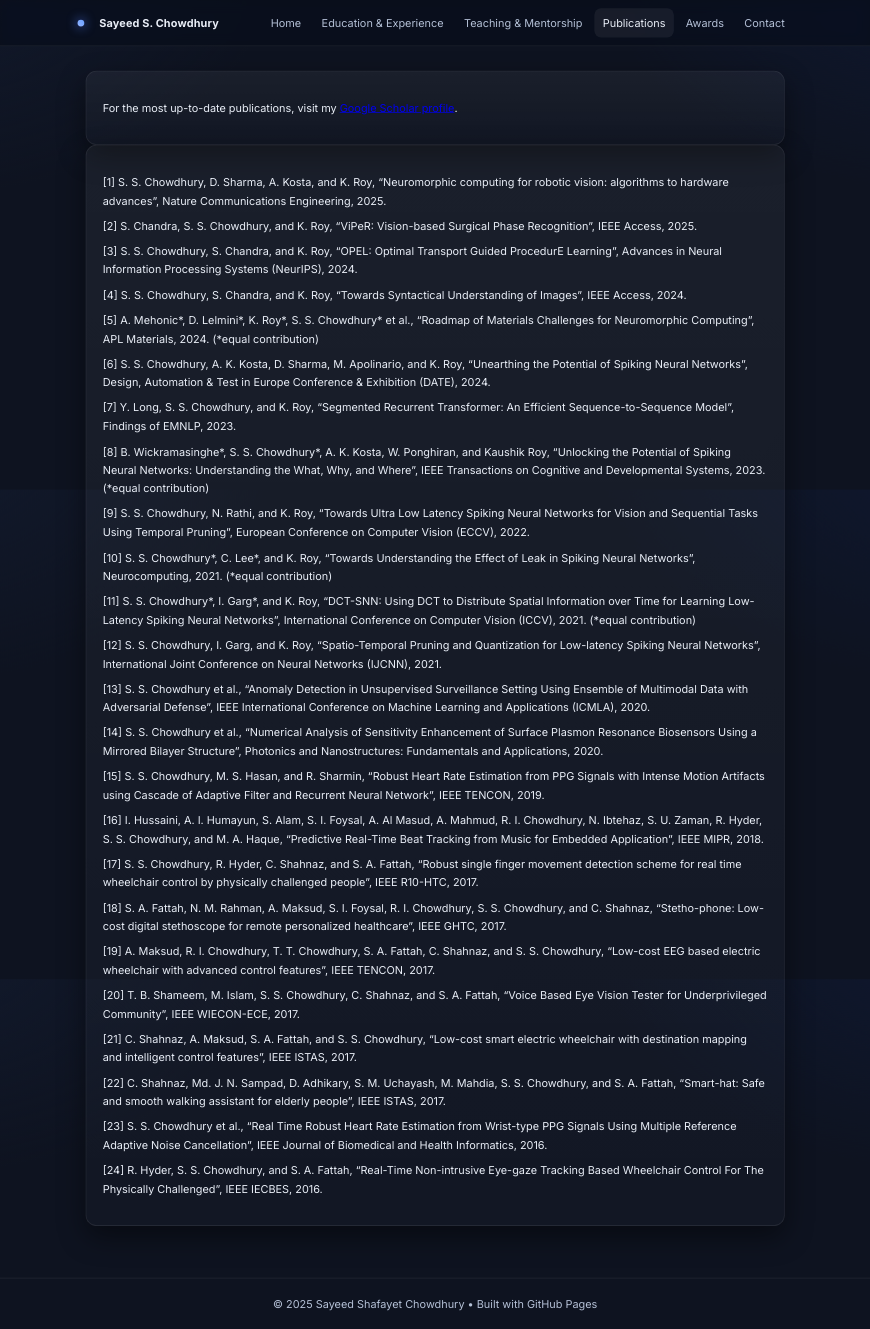
Repository: SayeedChowdhury/SayeedChowdhury.github.io
Page: publications.html
These files come from the project's save history. The page is drawn as it stood at one moment and after the next save; the edit follows.
The browser window is 1280 px wide. The pictures show the whole page, at 68% of full size.

Above is the page before, as saved 2025-08-11 11:07:08.

### publications.html
<!doctype html>
<html lang="en">
<head>
  <meta charset="utf-8">
  <meta name="viewport" content="width=device-width, initial-scale=1">
  <title>Publications • Sayeed S. Chowdhury</title>
  <link rel="preconnect" href="https://fonts.googleapis.com">
  <link rel="preconnect" href="https://fonts.gstatic.com" crossorigin>
  <link href="https://fonts.googleapis.com/css2?family=Inter:wght@400;600;700&display=swap" rel="stylesheet">
  <link rel="stylesheet" href="assets/style.css">
</head>
<body>
<div class="nav">
  <div class="inner container">
    <div class="brand"><span class="dot"></span> <a href="index.html" style="text-decoration:none;color:inherit;">Sayeed S. Chowdhury</a></div>
    <div style="margin-left:auto; display:flex; gap:6px; flex-wrap:wrap">
      <a href="index.html" class="">Home</a>
      <a href="edu-exp.html" class="">Education & Experience</a>
      <a href="teaching.html" class="">Teaching & Mentorship</a>
      <a href="publications.html" class="active">Publications</a>
      <a href="awards.html" class="">Awards</a>
      <a href="contact.html" class="">Contact</a>
    </div>
  </div>
</div>
<div class="container">

<section class="section">
  <div class="card">
    <p>For the most up-to-date publications, visit my
      <a href="https://scholar.google.com/citations?hl=en&user=646ndV4AAAAJ&view_op=list_works&sortby=pubdate" target="_blank" rel="noopener">Google Scholar profile</a>.
    </p>
  </div>
  <div class="card">
    <ol class="list" style="list-style:none; padding-left:0">
      <li>[1] S. S. Chowdhury, D. Sharma, A. Kosta, and K. Roy, “Neuromorphic computing for robotic vision: algorithms to hardware advances”, Nature Communications Engineering, 2025.</li>
<li>[2] S. Chandra, S. S. Chowdhury, and K. Roy, “ViPeR: Vision-based Surgical Phase Recognition”, IEEE Access, 2025.</li>
<li>[3] S. S. Chowdhury, S. Chandra, and K. Roy, “OPEL: Optimal Transport Guided ProcedurE Learning”, Advances in Neural Information Processing Systems (NeurIPS), 2024.</li>
<li>[4] S. S. Chowdhury, S. Chandra, and K. Roy, “Towards Syntactical Understanding of Images”, IEEE Access, 2024.</li>
<li>[5] A. Mehonic*, D. Lelmini*, K. Roy*, S. S. Chowdhury* et al., “Roadmap of Materials Challenges for Neuromorphic Computing”, APL Materials, 2024. (*equal contribution)</li>
<li>[6] S. S. Chowdhury, A. K. Kosta, D. Sharma, M. Apolinario, and K. Roy, “Unearthing the Potential of Spiking Neural Networks”, Design, Automation & Test in Europe Conference & Exhibition (DATE), 2024.</li>
<li>[7] Y. Long, S. S. Chowdhury, and K. Roy, “Segmented Recurrent Transformer: An Efficient Sequence-to-Sequence Model”, Findings of EMNLP, 2023.</li>
<li>[8] B. Wickramasinghe*, S. S. Chowdhury*, A. K. Kosta, W. Ponghiran, and Kaushik Roy, “Unlocking the Potential of Spiking Neural Networks: Understanding the What, Why, and Where”, IEEE Transactions on Cognitive and Developmental Systems, 2023. (*equal contribution)</li>
<li>[9] S. S. Chowdhury, N. Rathi, and K. Roy, “Towards Ultra Low Latency Spiking Neural Networks for Vision and Sequential Tasks Using Temporal Pruning”, European Conference on Computer Vision (ECCV), 2022.</li>
<li>[10] S. S. Chowdhury*, C. Lee*, and K. Roy, “Towards Understanding the Effect of Leak in Spiking Neural Networks”, Neurocomputing, 2021. (*equal contribution)</li>
<li>[11] S. S. Chowdhury*, I. Garg*, and K. Roy, “DCT-SNN: Using DCT to Distribute Spatial Information over Time for Learning Low-Latency Spiking Neural Networks”, International Conference on Computer Vision (ICCV), 2021. (*equal contribution)</li>
<li>[12] S. S. Chowdhury, I. Garg, and K. Roy, “Spatio-Temporal Pruning and Quantization for Low-latency Spiking Neural Networks”, International Joint Conference on Neural Networks (IJCNN), 2021.</li>
<li>[13] S. S. Chowdhury et al., “Anomaly Detection in Unsupervised Surveillance Setting Using Ensemble of Multimodal Data with Adversarial Defense”, IEEE International Conference on Machine Learning and Applications (ICMLA), 2020.</li>
<li>[14] S. S. Chowdhury et al., “Numerical Analysis of Sensitivity Enhancement of Surface Plasmon Resonance Biosensors Using a Mirrored Bilayer Structure”, Photonics and Nanostructures: Fundamentals and Applications, 2020.</li>
<li>[15] S. S. Chowdhury, M. S. Hasan, and R. Sharmin, “Robust Heart Rate Estimation from PPG Signals with Intense Motion Artifacts using Cascade of Adaptive Filter and Recurrent Neural Network”, IEEE TENCON, 2019.</li>
<li>[16] I. Hussaini, A. I. Humayun, S. Alam, S. I. Foysal, A. Al Masud, A. Mahmud, R. I. Chowdhury, N. Ibtehaz, S. U. Zaman, R. Hyder, S. S. Chowdhury, and M. A. Haque, “Predictive Real-Time Beat Tracking from Music for Embedded Application”, IEEE MIPR, 2018.</li>
<li>[17] S. S. Chowdhury, R. Hyder, C. Shahnaz, and S. A. Fattah, “Robust single finger movement detection scheme for real time wheelchair control by physically challenged people”, IEEE R10-HTC, 2017.</li>
<li>[18] S. A. Fattah, N. M. Rahman, A. Maksud, S. I. Foysal, R. I. Chowdhury, S. S. Chowdhury, and C. Shahnaz, “Stetho-phone: Low-cost digital stethoscope for remote personalized healthcare”, IEEE GHTC, 2017.</li>
<li>[19] A. Maksud, R. I. Chowdhury, T. T. Chowdhury, S. A. Fattah, C. Shahnaz, and S. S. Chowdhury, “Low-cost EEG based electric wheelchair with advanced control features”, IEEE TENCON, 2017.</li>
<li>[20] T. B. Shameem, M. Islam, S. S. Chowdhury, C. Shahnaz, and S. A. Fattah, “Voice Based Eye Vision Tester for Underprivileged Community”, IEEE WIECON-ECE, 2017.</li>
<li>[21] C. Shahnaz, A. Maksud, S. A. Fattah, and S. S. Chowdhury, “Low-cost smart electric wheelchair with destination mapping and intelligent control features”, IEEE ISTAS, 2017.</li>
<li>[22] C. Shahnaz, Md. J. N. Sampad, D. Adhikary, S. M. Uchayash, M. Mahdia, S. S. Chowdhury, and S. A. Fattah, “Smart-hat: Safe and smooth walking assistant for elderly people”, IEEE ISTAS, 2017.</li>
<li>[23] S. S. Chowdhury et al., “Real Time Robust Heart Rate Estimation from Wrist-type PPG Signals Using Multiple Reference Adaptive Noise Cancellation”, IEEE Journal of Biomedical and Health Informatics, 2016.</li>
<li>[24] R. Hyder, S. S. Chowdhury, and S. A. Fattah, “Real-Time Non-intrusive Eye-gaze Tracking Based Wheelchair Control For The Physically Challenged”, IEEE IECBES, 2016.</li>

    </ol>
  </div>
</section>

</div>
<div class="footer">© 2025 Sayeed Shafayet Chowdhury • Built with GitHub Pages</div>
</body>
</html>

### assets/style.css

:root{
  --bg:#0e1320;
  --bg-grad1:#121a2d;
  --panel:#151b2e;
  --panel-2:#101626;
  --ink:#e9eef7;
  --muted:#b4c0d6;
  --navy:#92b4ff;
  --gold:#f3c77a;
  --border:rgba(255,255,255,.08);
  --shadow:0 16px 40px rgba(0,0,0,.45);
  --radius:16px;
}

*{box-sizing:border-box}
html,body{height:100%}
body{
  margin:0;
  color:var(--ink);
  background:
    radial-gradient(900px 600px at -10% -10%, var(--bg-grad1) 0%, transparent 60%),
    radial-gradient(900px 600px at 110% -10%, #0f1830 0%, transparent 60%),
    var(--bg);
  font:16px/1.7 "Inter", system-ui, -apple-system, Segoe UI, Roboto, Helvetica, Arial;
  -webkit-font-smoothing:antialiased;
}

.container{max-width:1100px;margin:0 auto;padding:24px}

.nav{
  position:sticky; top:0; z-index:10;
  background:rgba(9,13,24,.7);
  backdrop-filter:saturate(170%) blur(10px);
  border-bottom:1px solid var(--border);
}
.nav .inner{display:flex; align-items:center; gap:16px; padding:12px 24px;}
.nav .brand{display:flex; align-items:center; gap:10px; font-weight:700; letter-spacing:.2px; color:var(--ink)}
.nav .brand .dot{width:10px;height:10px;border-radius:50%;background:linear-gradient(45deg,var(--navy),#6aa0ff); box-shadow:0 0 16px #4e79ff}
.nav a{color:var(--muted); text-decoration:none; padding:8px 12px; border-radius:10px}
.nav a.active, .nav a:hover{color:var(--ink); background:rgba(255,255,255,.06)}

.hero{
  display:grid; grid-template-columns:1.1fr .9fr; gap:28px; align-items:stretch;
  padding:48px 24px 12px;
}
.card{
  background:linear-gradient(180deg, rgba(255,255,255,.05), rgba(255,255,255,.02));
  border:1px solid var(--border);
  border-radius:var(--radius);
  box-shadow:var(--shadow);
  padding:24px;
}
h1{font-size:32px; margin:0 0 4px}
h2{font-size:24px;margin:16px 0 10px;color:var(--navy)}
h3{font-size:18px;margin:0 0 6px}
.lead{color:var(--muted); font-size:16px}
.badges{display:flex; flex-wrap:wrap; gap:10px; margin-top:14px}
.badge{background:rgba(146,180,255,.14); border:1px solid rgba(146,180,255,.4); color:#d9e4ff; padding:6px 10px; border-radius:999px; font-size:13px}

.row{display:flex; gap:18px; flex-wrap:wrap; align-items:center}
.cta{display:flex; gap:12px; flex-wrap:wrap; margin-top:12px}
.button{display:inline-flex;align-items:center;gap:10px;padding:12px 16px;border-radius:12px;border:1px solid var(--border);background:rgba(146,180,255,.16);color:var(--ink);text-decoration:none;font-weight:600}
.button.secondary{background:rgba(255,255,255,.04)}

.headshot{width:160px;height:160px;border-radius:50%;object-fit:cover;border:3px solid rgba(255,255,255,.08);box-shadow:var(--shadow)}

.section{padding:12px}
.kicker{color:var(--gold);font-weight:700;letter-spacing:.4px;text-transform:uppercase;font-size:12px}

.list{padding-left:20px}
.list li{margin:10px 0}

.footer{border-top:1px solid var(--border); color:var(--muted); padding:24px; text-align:center; margin-top:40px}

@media (max-width: 900px){
  .hero{grid-template-columns:1fr}
}

@media print{
  .nav,.footer,.cta{display:none}
  body{background:white;color:#111}
  .card{box-shadow:none}
}

After the next save:
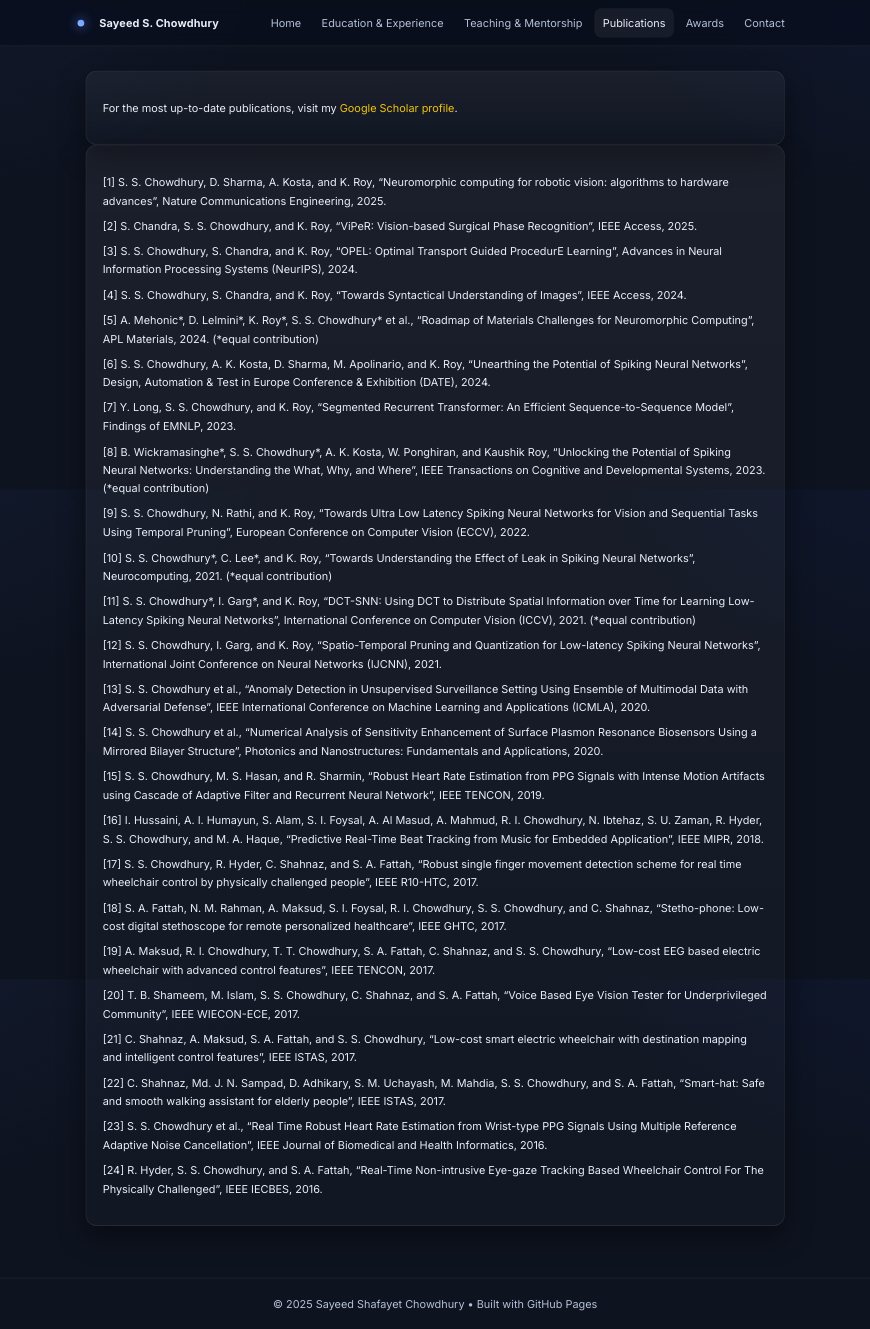
Saved 5 min 15 s later.
--- a/assets/style.css
+++ b/assets/style.css
@@ -82,3 +82,17 @@
   body{background:white;color:#111}
   .card{box-shadow:none}
 }
+
+a {
+  color: #f1c40f; /* light gold for links */
+  text-decoration: none; /* optional: removes underline */
+}
+
+a:hover {
+  color: #ffd700; /* brighter gold on hover */
+  text-decoration: underline; /* optional: show underline on hover */
+}
+
+a:visited {
+  color: #f1c40f; /* keep same as normal links */
+}
